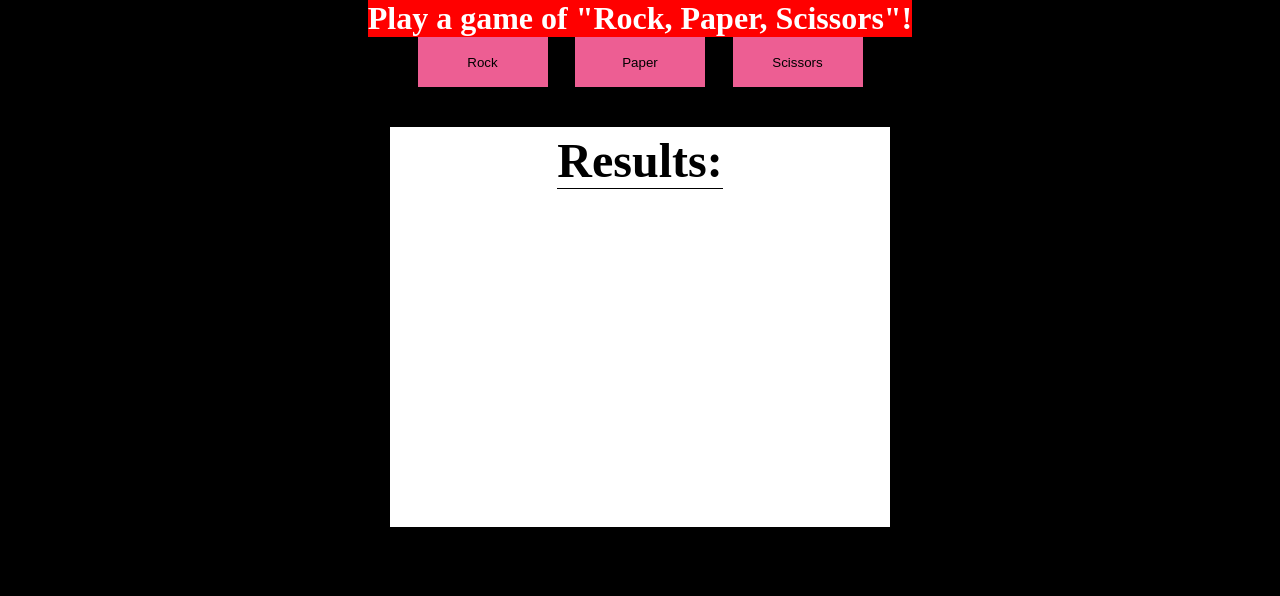
Repository: Pafestivo/rock-paper-scissors
Page: index.html
The author's editor kept a copy of each file at every save. The page is drawn from the files as they stood at one save, then again after the next save.
The browser window is 1280 px wide. The pictures show the whole page.

Above is the page before, as saved 2022-10-14 14:37:59.

After the next save:
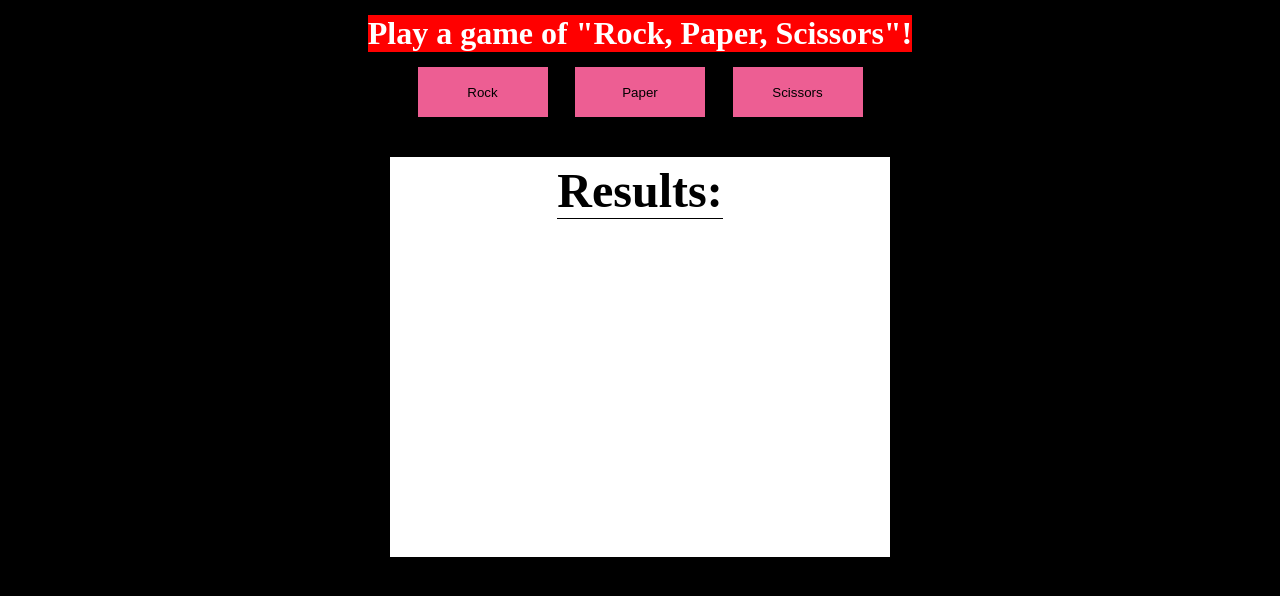
Saved 9 s later.
--- a/styles.css
+++ b/styles.css
@@ -13,7 +13,7 @@ body {
 header {
   background-color: red;
   width: max-content;
-  margin: 0 auto;
+  margin: 15px auto;
 }
 
 .buttons {
